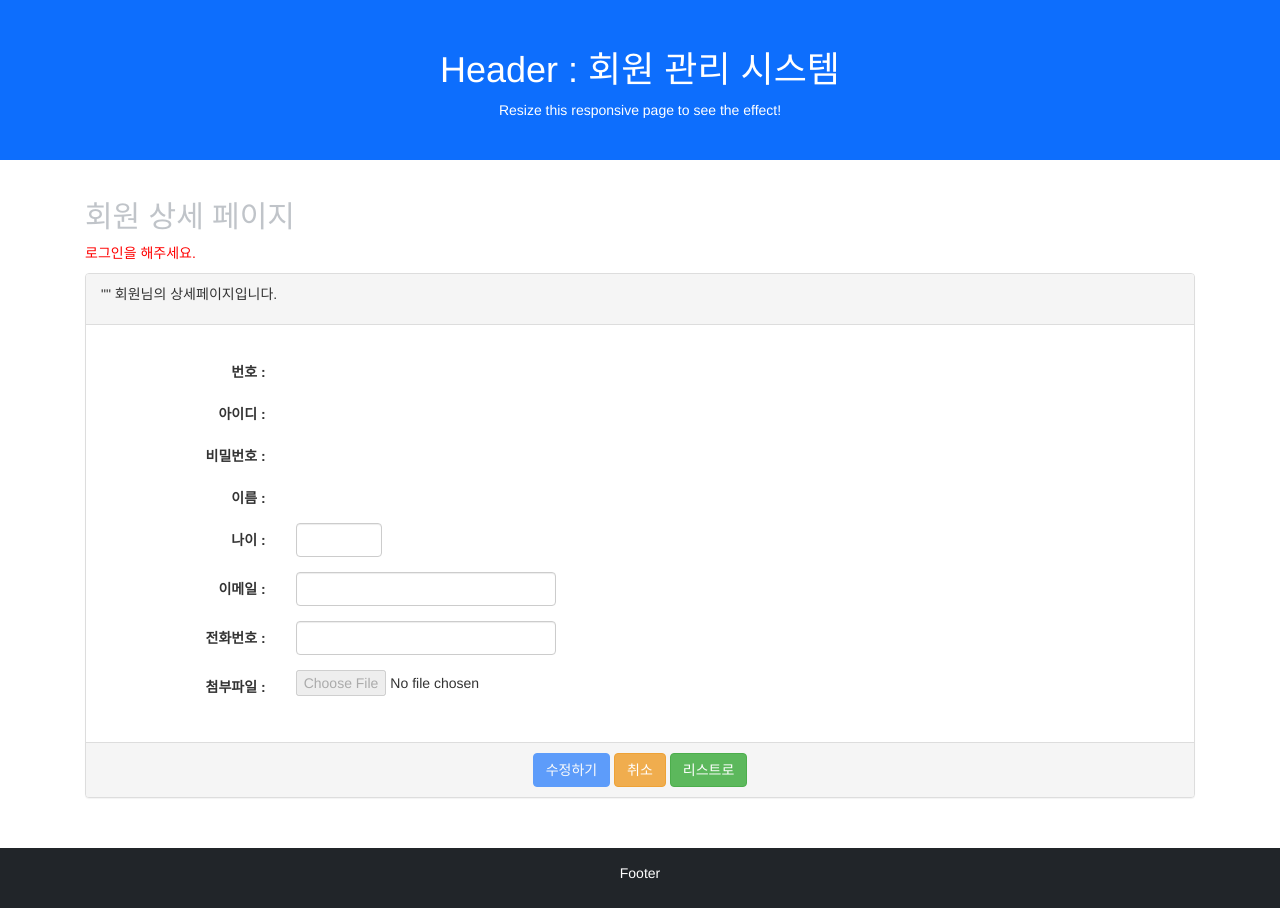
Repository: ainokks071/SpringWEB_MVC
Page: http://localhost/SpringMVC01/WEB-INF/views/memberContent.jsp
The author's editor kept a copy of each file at every save. The page is drawn from the files as they stood at one save, then again after the next save.
The browser window is 1280 px wide. The pictures show the whole page.
The page is served by Tomcat 9. Nobody is signed in. Other server files are loaded and not shown. The template is opened directly, without the code that normally fills it, so the values that code supplies are empty.

Above is the page before, as saved 2023-10-09 11:58:21.

### SpringMVC01/src/main/webapp/WEB-INF/views/memberContent.jsp
<%@ page language="java" contentType="text/html; charset=UTF-8" pageEncoding="UTF-8"%>
<%@ page import="kr.bit.model.*"%>
<%--
[JSTL 이란?]
JSP 에서 java 코드가 들어갈 때마다 <% ~~ %>  태그를 사용하기에 불편함이 있고
가독성도 좋지 않아 등장한 태그 라이브러리
[Core Tag 란?]
JSTL의 태그 라이브러리 중 하나로 변수 지정, 제어문, 페이징 처리 등을 할 수 있는 기능을 제공.
아래와 같이 JSP파일의 상단에 선언해준다.
[Core Tag의 종류]
1. set	: 사용될 변수를 설정해 값을 저장하는 태그 -> 속성 : var(변수이름지정) value(값)
2. if : 조건에 따라 내부 코드를 수행하는 태그 -> 속성 : test 속성에 조건을 입력.
3. forEach	: 반복문을 수행하는 태그 ->
			<c:forEach var="vo" items="${list}">

4. out	: 페이지에 값을 출력하는 태그
5. url	: 변수에 url 값과 쿼리스트링 값을 저장하고 호출할 수 있게 하는 태그
6. choose : 다중 조건을 처리하는 코드, if, else문과 비슷하며 <c:choose> 내부에 <c:when>, <c:otherwise> 태그를 사용
7. for Tokens	: 구분자로 분리된 각각의 토큰을 처리할 때 사용하는 태그
8. redirect : 페이지를 재요청하는 태그 																	--%>
<%@ taglib prefix="c" uri="http://java.sun.com/jsp/jstl/core"%>

<!-- get 객체 바인딩.
    	getAttribute대신, JSTL, EL($기호 : getAttribute효과) 사용해보기 !-->
<%-- <% MemberVO vo = (MemberVO) request.getAttribute("vo");%> --%>

<!-- pageContext 내장객체 -> 변수 ctx="/MVC06" -->
<c:set var="ctx" value="${pageContext.request.contextPath}" />

<!DOCTYPE html>
<html>
<head>
<meta charset="UTF-8">
<meta name='viewport' content='width=device-width, initial-scale=1'>
<title>Insert title here</title>
<!--부트스트랩5  -->
<link href='https://cdn.jsdelivr.net/npm/bootstrap@5.3.1/dist/css/bootstrap.min.css' rel='stylesheet' integrity='sha384-4bw+/aepP/YC94hEpVNVgiZdgIC5+VKNBQNGCHeKRQN+PtmoHDEXuppvnDJzQIu9' crossorigin='anonymous'>
<!--부트스트랩3, jquery  -->
<link rel="stylesheet" href="https://maxcdn.bootstrapcdn.com/bootstrap/3.4.1/css/bootstrap.min.css">
<script src="https://ajax.googleapis.com/ajax/libs/jquery/3.6.4/jquery.min.js"></script>
<script src="https://maxcdn.bootstrapcdn.com/bootstrap/3.4.1/js/bootstrap.min.js"></script>

<script type="text/javascript">

	function update() {
		document.form1.action = "<c:url value='/memberUpdate.do' />";
		document.form1.submit();
	}

	function update2() {
		/* 1. 파일이 첨부된 경우 */
		if($("#file").val() != '') {
			/* 첨부된 파일데이터를 서버(controller)로 전송하기 위해 'FormData객체' 사용 -> 'fomr태그'와 구분 */
			var formData = new FormData();
/* 			FormData객체의 append()메서드 : 파일데이터를 key/value로 묶어준다.
			$("input[name=file]")[0] : name속성이 file인 input태그들 중 첫번째(0) input태그
			files[0] : 사용자가 업로드한 파일들 중 첫번째(0) 파일. */
			formData.append("file", $("input[name=file]")[0].files[0]);
			/* 1. ajax(비동기통신)방법으로 파일자체(formData)를 서버로 전송 후,
			   2. 업로드 된 파일이름을 반환받아 input(hidden) : filename변수에 저장
			   3. 모든 텍스트데이터 서버로 전송. */
			$.ajax({
		 	/* 1. formData에 묶인 파일데이터를 서버로 전송하기(비동기) : 파일 업로드!  */
				url : "<c:url value='/fileUpload.do' />",
				type : "post",
				data : formData, /* 파일데이터 전송. */
				/* formData는 단순 text가 아닌, binary데이터이므로 false로 해야한다. */
				processData : false,
				contentType : false,
			/* 2. 클라이언트의 회원정보 + 파일이름 (텍스트데이터) 서버로 전송하기 */
				success : function(data) { /* 실제 업로드 된 파일 이름 반환 후, input(hidden) : filename변수에 저장. */
					alert("수정 되었습니다.");
					$("#filename").val(data);
					/* 사용자가 수정한 age, email, phone, filename + num 5개 서버로 전송. */
					document.form1.action = "<c:url value='/memberUpdate.do?mode=fileAdd' />";
					document.form1.submit();
	 				},
				error : function() { alert("error"); }
			});

		/* 파일이 첨부되지 않은 경우  */
		} else {
			/* id, pass, name, age, email, phone 6개 서버로 전송 */
			document.form1.action = "<c:url value='/memberUpdate.do?mode=add' />";
			document.form1.submit();
		}
	}

	function frmreset() {
		document.form1.reset();
	}

	function memlist() {
		location.href="<c:url value='/memberList.do' />";
	}

	function downloadFile(filename) {
		location.href = "<c:url value='/fileDownload.do'/>?filename=" + filename;
	}

	function deleteFile(num, filename) {
		location.href = "<c:url value='/fileDelete.do'/>?num=" + num + "&filename=" + filename;
	}

</script>

</head>

<body>

<!-- header -->
	<div class="p-5 bg-primary text-white text-center">
		<h1>Header : 회원 관리 시스템</h1>
 		<p>Resize this responsive page to see the effect!</p>
	</div>

	<br>

<!-- body -->
<div class="container">
  <h2 style="color:#1234;">회원 상세 페이지</h2>
  <!-- 로그인 했으면 회원이름 출력 -->
  <c:if test="${sessionScope.userName!=null && sessionScope.userName!=''}">
   <label style="color:green;"> ${sessionScope.userName} </label> 회원님이 로그인 하셨습니다.
  </c:if>
  <!-- 로그인 하지 않았으면 로그인 하라는 메세지 출력 -->
  <c:if test="${sessionScope.userName==null || sessionScope.userName==''}">
   <p style="color:red;"> 로그인을 해주세요. </p>
  </c:if>

  <div class="panel panel-default">
	<div class="panel-heading">
	  <p> "${vo.name}" 회원님의 상세페이지입니다.</p>
	</div>

<div class="panel-body">
    <!-- id중복불가 name중복가능 -->
 <form id="form1" name="form1" class="form-horizontal" method='post'>

 	<input type="hidden" id="filename" name="filename" >

 	<!-- 전송 시, 수정 없이 num 함께 전송됨. -->
    <input type='hidden' name='num' value='${vo.num}'/>

    <div class="panel-body">

    <!-- 로그인 + 자신의 것-->
	 <c:if test="${!empty sessionScope.userId && sessionScope.userId==vo.id}">
	   <!-- 파일첨부 한 경우 . 따라서, 로그인한 사람이 자신의 사진만 볼 수 있다.-->
	   <c:if test="${vo.filename!=null && vo.filename!=''}">
		  <div class="form-group">
	        	<label class="control-label col-sm-2">사진</label>
	        	<div class="col-sm-10">
					<img src="file_repo/${vo.filename}" width="120px" height="100px" >
	        	</div>
	      </div>
	  </c:if>
	 </c:if>

      <div class="form-group">
        <label class="control-label col-sm-2">번호 :</label>
        <div class="col-sm-10"><c:out value="${vo.num}"/></div>
      </div>

      <div class="form-group">
        <label class="control-label col-sm-2">아이디 :</label>
        <div class="col-sm-10"><c:out value="${vo.id}"/></div>
      </div>

      <div class="form-group">
        <label class="control-label col-sm-2">비밀번호 :</label>
        <div class="col-sm-10"><c:out value="${vo.pass}"/></div>
      </div>

      <div class="form-group">
        <label class="control-label col-sm-2">이름 :</label>
        <div class="col-sm-10"><c:out value="${vo.name}"/></div>
      </div>

      <div class="form-group">
        <label class="control-label col-sm-2">나이 :</label>
        <div class="col-sm-10">
          <input type="text" class="form-control" id="age" name="age" value="${vo.age}" style="width:10%"/>
		</div>
      </div>

      <div class="form-group">
        <label class="control-label col-sm-2">이메일 :</label>
        <div class="col-sm-10">
          <input type="text" class="form-control" id="email" name="email" value="${vo.email}" style="width:30%"/>
		</div>
      </div>

      <div class="form-group">
        <label class="control-label col-sm-2">전화번호 :</label>
        <div class="col-sm-10">
          <input type="text" class="form-control" id="phone" name="phone" value="${vo.phone}" style="width:30%"/>
        </div>
      </div>

      <div class="form-group">
        <label class="control-label col-sm-2">첨부파일 :</label>
	        <div class="col-sm-10">
	        <!-- 로그인을 하고, 나의 것만 첨부파일 수정할 수 있다. -->
	        <c:if test="${sessionScope.userId!=null && sessionScope.userId == vo.id }">
	          <input type="file" id="file" name="file" style="width:30%"/>
	        </c:if>
	        <!-- 로그인을 하고, 나의 것이 아니면 첨부파일 수정할 수 없다. -->
	        <c:if test="${sessionScope.userId!=null && sessionScope.userId != vo.id }">
	          <input type="file" id="file" name="file" style="width:30%" disabled="disabled"/>
	        </c:if>
	        <!-- 로그인을 하지 않으면 첨부파일 수정할 수 없다. -->
	        <c:if test="${sessionScope.userId==null}">
	          <input type="file" id="file" name="file" style="width:30%" disabled="disabled"/>
	        </c:if>

          <!-- 클릭하면 서버에 업로드 된 파일을 다운로드한다. -->
          <c:if test="${vo.filename != null && vo.filename != ''}" >
          	<a href="javascript:downloadFile('${vo.filename}')"><c:out value="${vo.filename}" /></a>
          </c:if>
          <!-- 로그인 후 내 파일만 삭제할 수 있다. -->
          <c:if test="${sessionScope.userId != null && sessionScope.userId == vo.id && vo.filename != null && vo.filename != ''}" >
            <a href="javascript:deleteFile('${vo.num}', '${vo.filename}')"><span class="glyphicon glyphicon-remove"></span></a>
          </c:if>

        </div>
      </div>

     </div>
  </form>
</div>

     <div class="panel-footer" style="text-align : center">
		<!-- 수정하기 : 결국, input태그 내 값을 작성하여 form태그를 이용하여 전송(POST방식) : name속성의 num, age, email, phone -->
<%-- 	  <c:if test="${sessionScope.userId!=null && sessionScope.userId!=''}">	--%>

      <!--로그인을 해야 수정하기 버튼을 클릭할 수 있는데, 자신의 것만 클릭가능하다.  -->
      <c:if test="${!empty sessionScope.userId}">
        <c:if test="${sessionScope.userId==vo.id}">
		   <input type='button' class='btn btn-primary' value='수정하기' onclick="update2()"/>
        </c:if>
        <!-- 다른 사람의 수정하기버튼은 클릭할 수 없다. -->
        <c:if test="${sessionScope.userId!=vo.id}">
		   <input type='button' class='btn btn-primary' value='수정하기' disabled="disabled"/>
        </c:if>
	  </c:if>
	  <!--로그인을 하지 않았으면 수정하기 버튼은 아예 클릭할 수 없다.  -->
	  <c:if test="${empty sessionScope.userId}">
		 <input type='button' class='btn btn-primary' value='수정하기' disabled="disabled"/>
	  </c:if>

		<input type='button' class='btn btn-warning' value='취소' onclick="frmreset()" />
																	<!-- <a href="memberList.do"> 리스트로 </a> -->
		<%-- <input type='button' class='btn btn-success' value='리스트로' onclick="location.href='${ctx}/memberList.do'" /> --%>
		<input type='button' class='btn btn-success' value='리스트로' onclick="memlist()" />
	</div>
 </div>
</div>






<!-- footer -->
<div class="mt-5 p-4 bg-dark text-white text-center">
  	<p>Footer</p>
</div>

</body>
</html>

After the next save:
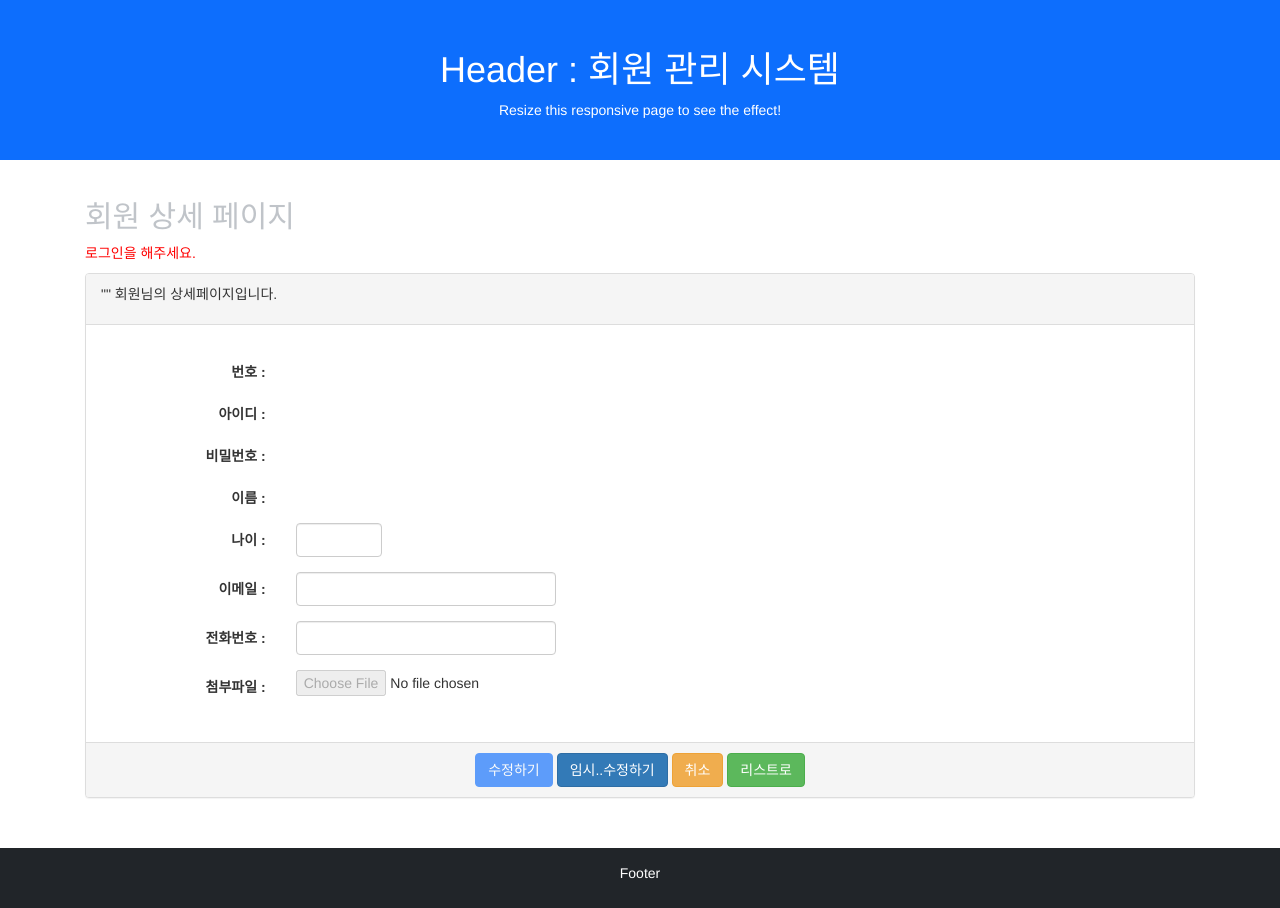
Saved 11 s later.
--- a/SpringMVC01/src/main/webapp/WEB-INF/views/memberContent.jsp
+++ b/SpringMVC01/src/main/webapp/WEB-INF/views/memberContent.jsp
@@ -248,6 +248,7 @@
 	  <c:if test="${empty sessionScope.userId}">
 		 <input type='button' class='btn btn-primary' value='수정하기' disabled="disabled"/>
 	  </c:if>
+		 <input type='button' class='btn btn-primary' value='임시..수정하기'/>
 
 		<input type='button' class='btn btn-warning' value='취소' onclick="frmreset()" />
 																	<!-- <a href="memberList.do"> 리스트로 </a> -->

After the save that followed:
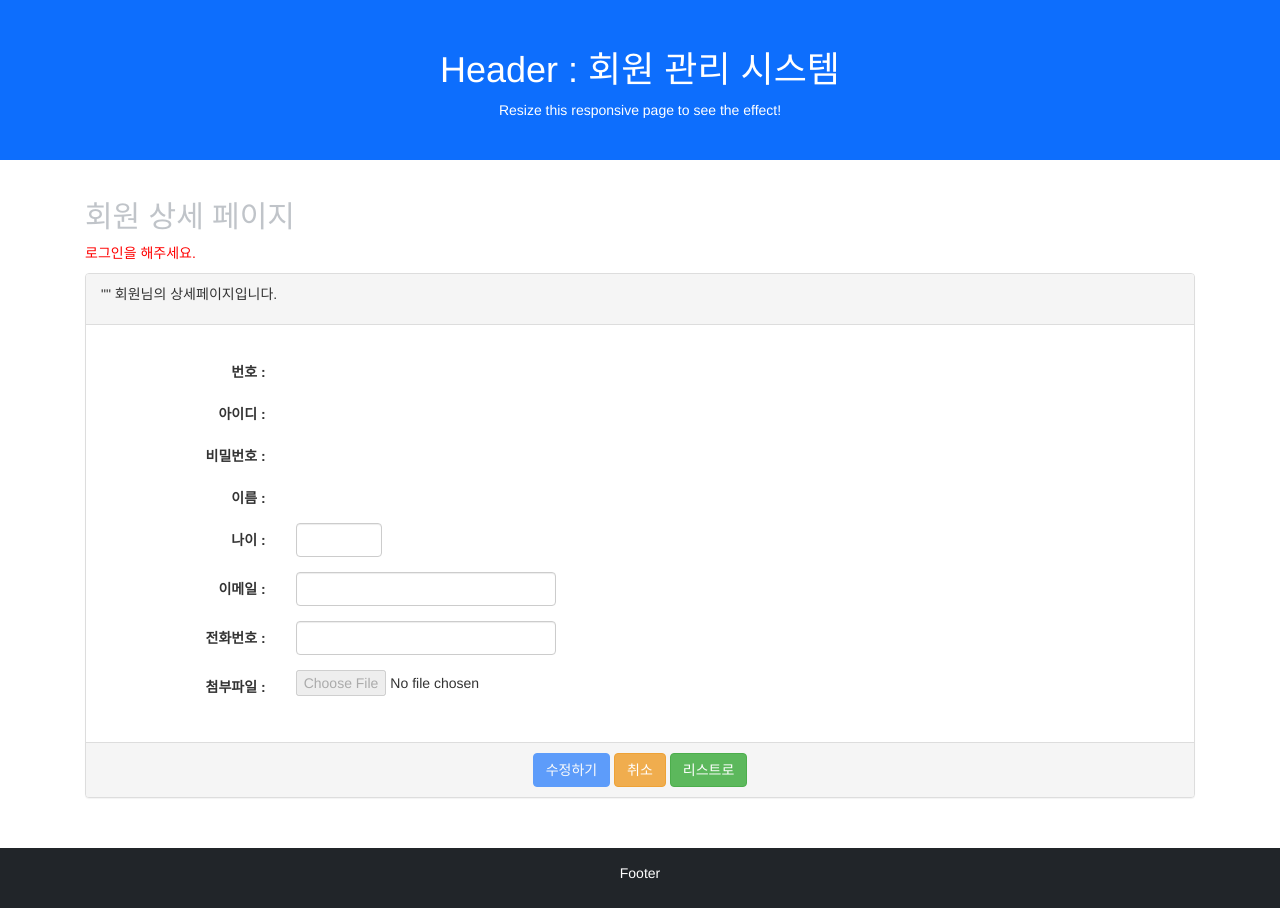
Saved 34 s later.
--- a/SpringMVC01/src/main/webapp/WEB-INF/views/memberContent.jsp
+++ b/SpringMVC01/src/main/webapp/WEB-INF/views/memberContent.jsp
@@ -248,8 +248,6 @@
 	  <c:if test="${empty sessionScope.userId}">
 		 <input type='button' class='btn btn-primary' value='수정하기' disabled="disabled"/>
 	  </c:if>
-		 <input type='button' class='btn btn-primary' value='임시..수정하기'/>
-
 		<input type='button' class='btn btn-warning' value='취소' onclick="frmreset()" />
 																	<!-- <a href="memberList.do"> 리스트로 </a> -->
 		<%-- <input type='button' class='btn btn-success' value='리스트로' onclick="location.href='${ctx}/memberList.do'" /> --%>
